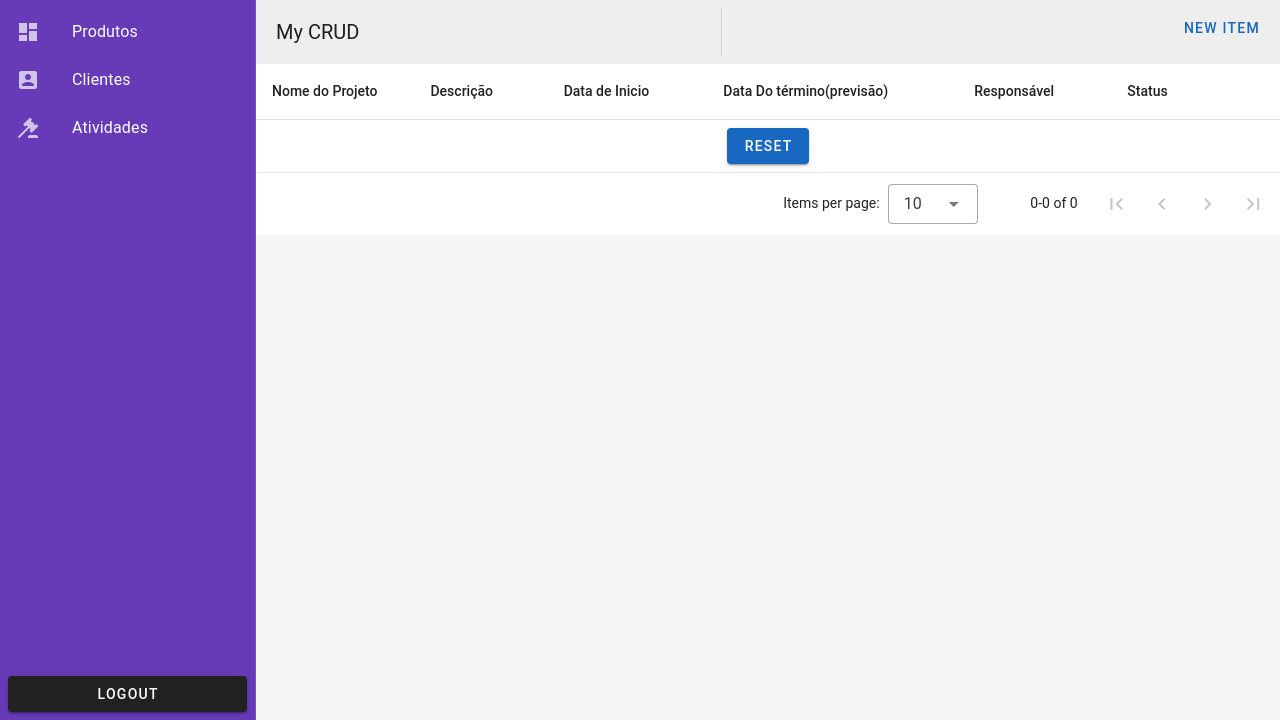
Repository: NtiSilva/Front_AG
Page: /products
The author's editor kept a copy of each file at every save. The page is drawn from the files as they stood at one save, then again after a run of saves.
The browser window is 1280 px wide. The pictures show the whole page.
The page's requests for data from a server got no answer. The project was rebuilt for these pictures with package versions that can differ from the ones it lists, and the page was loaded fresh each time. No one was signed in, and anything a server would have sent is missing. Also part of the build but not shown: vite.config.mjs, src/components/Alert.vue, src/components/Atividades/FormActivities.vue, src/components/Atividades/index.vue, src/components/Clientes/FormClient.vue, src/components/Dialog.vue, src/components/DialogRemove.vue, src/components/Clientes/ListClients.vue and 8 more.

Above is the page before, as saved 2024-06-19 21:04:08.

After the next 2 saves:
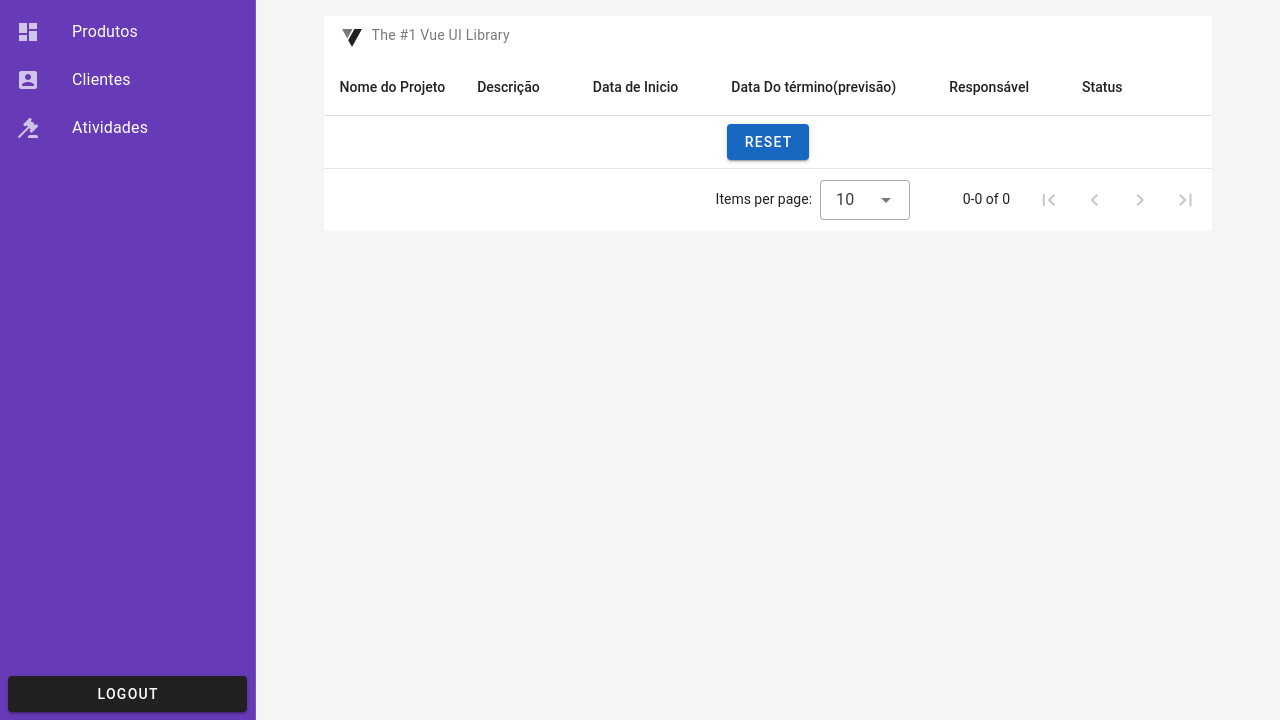
The 2 saves are shown as one change because 1 did not build or start.
The last was saved 25 s later.
--- a/src/pages/Products.vue
+++ b/src/pages/Products.vue
@@ -1,129 +1,32 @@
-
 <template>
+  <v-container
+    class="d-flex align-center justify-center"
+    fill-height
+  >
+  <v-card
+    flat
+    class="mx-auto"
+    prepend-icon="$vuetify"
+    subtitle="The #1 Vue UI Library"
+  >
   <v-data-table
     :headers="headers"
     :items="products"
-    :sort-by="[{ key: 'calories', order: 'asc' }]"
+    v-model:search="search"
   >
-    <template v-slot:top>
-      <v-toolbar
-        flat
-      >
-        <v-toolbar-title>My CRUD</v-toolbar-title>
-        <v-divider
-          class="mx-4"
-          inset
-          vertical
-        ></v-divider>
-        <v-spacer></v-spacer>
-        <v-dialog
-          v-model="dialog"
-          max-width="500px"
-        >
-          <template v-slot:activator="{ props }">
-            <v-btn
-              class="mb-2"
-              color="primary"
-              dark
-              v-bind="props"
-            >
-              New Item
-            </v-btn>
-          </template>
-          <v-card>
-            <v-card-title>
-              <span class="text-h5">{{ formTitle }}</span>
-            </v-card-title>
+    <template v-slot:item.status="{ value }">
+      <div class="text-end">
+        <v-chip
+          :color="getColor(value)"
+          class="text-uppercase"
+          size="small">
+            {{ value }}
+        </v-chip>
+      </div>
 
-            <v-card-text>
-              <v-container>
-                <v-row>
-                  <v-col
-                    cols="12"
-                    md="4"
-                    sm="6"
-                  >
-                    <v-text-field
-                      v-model="editedItem.name"
-                      label="Dessert name"
-                    ></v-text-field>
-                  </v-col>
-                  <v-col
-                    cols="12"
-                    md="4"
-                    sm="6"
-                  >
-                    <v-text-field
-                      v-model="editedItem.calories"
-                      label="Calories"
-                    ></v-text-field>
-                  </v-col>
-                  <v-col
-                    cols="12"
-                    md="4"
-                    sm="6"
-                  >
-                    <v-text-field
-                      v-model="editedItem.fat"
-                      label="Fat (g)"
-                    ></v-text-field>
-                  </v-col>
-                  <v-col
-                    cols="12"
-                    md="4"
-                    sm="6"
-                  >
-                    <v-text-field
-                      v-model="editedItem.carbs"
-                      label="Carbs (g)"
-                    ></v-text-field>
-                  </v-col>
-                  <v-col
-                    cols="12"
-                    md="4"
-                    sm="6"
-                  >
-                    <v-text-field
-                      v-model="editedItem.protein"
-                      label="Protein (g)"
-                    ></v-text-field>
-                  </v-col>
-                </v-row>
-              </v-container>
-            </v-card-text>
+    </template>
 
-            <v-card-actions>
-              <v-spacer></v-spacer>
-              <v-btn
-                color="blue-darken-1"
-                variant="text"
-                @click="close"
-              >
-                Cancel
-              </v-btn>
-              <v-btn
-                color="blue-darken-1"
-                variant="text"
-                @click="save"
-              >
-                Save
-              </v-btn>
-            </v-card-actions>
-          </v-card>
-        </v-dialog>
-        <v-dialog v-model="dialogDelete" max-width="500px">
-          <v-card>
-            <v-card-title class="text-h5">Are you sure you want to delete this item?</v-card-title>
-            <v-card-actions>
-              <v-spacer></v-spacer>
-              <v-btn color="blue-darken-1" variant="text" @click="closeDelete">Cancel</v-btn>
-              <v-btn color="blue-darken-1" variant="text" @click="deleteItemConfirm">OK</v-btn>
-              <v-spacer></v-spacer>
-            </v-card-actions>
-          </v-card>
-        </v-dialog>
-      </v-toolbar>
-    </template>
+
     <template v-slot:item.config="{ item }">
       <v-icon
         class="me-2"
@@ -148,6 +51,8 @@
       </v-btn>
     </template>
   </v-data-table>
+  </v-card>
+  </v-container>
 </template>
 
 <script>
